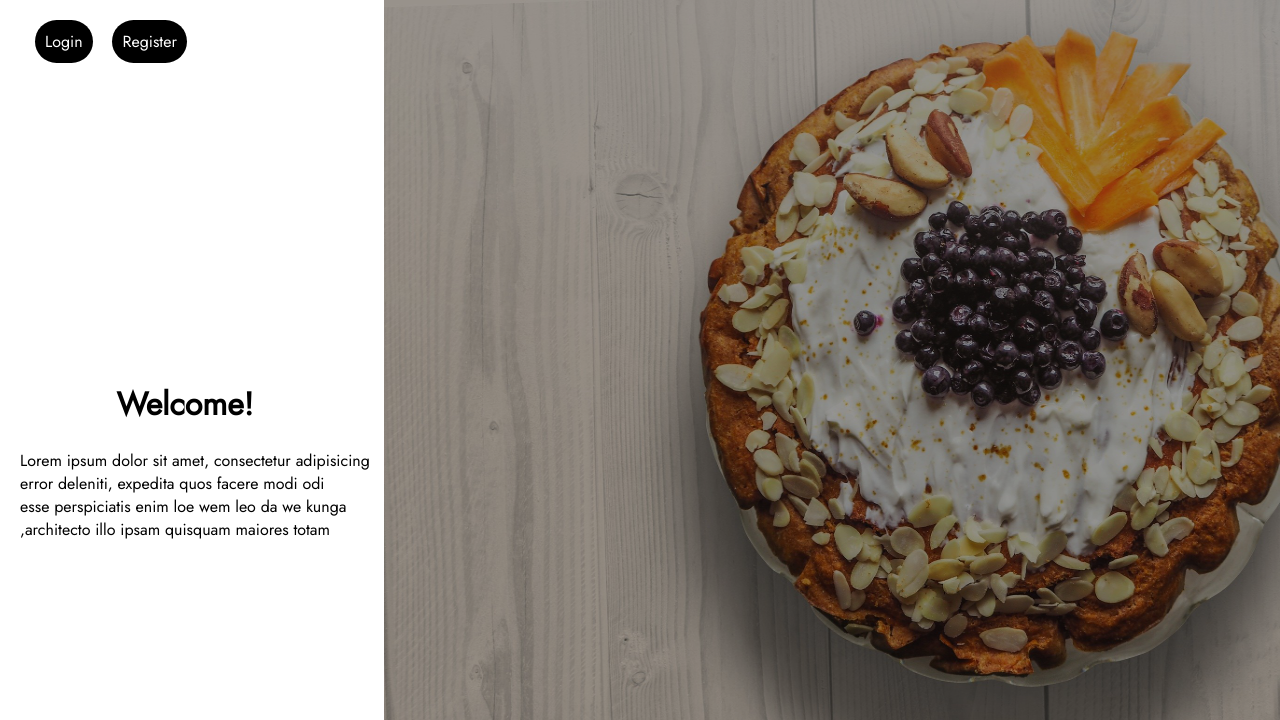
Repository: PatryxB/recipeCook
Page: http://localhost/
An editor plug-in stored every save of this project. The page is shown before and after the next save, followed by the edit.
The browser window is 1280 px wide. The pictures show the whole page.
The page is served by the project's Laravel application, run on PHP 8.4 with Laravel 8. Other server files are loaded and not shown. Style sheets and scripts are compiled from the project's sources, by tool versions that may differ from the author's.

Above is the page before, as saved 2020-05-02 11:30:04.

### resources/views/welcome.blade.php
<!DOCTYPE html>
<html lang="{{ str_replace('_', '-', app()->getLocale()) }}">
    <head>
        <meta charset="utf-8">
        <meta name="viewport" content="width=device-width, initial-scale=1">

        <title>Laravel</title>

        <!-- Fonts -->
        <link href="https://fonts.googleapis.com/css?family=Nunito:200,600" rel="stylesheet">
        <link rel="stylesheet" href="/css/app.css">

    </head>
    <body>
        @extends('layouts.app')
        @section('content')

        <div class="banner">
            <img src="{{asset('/img/cakebanner.jpg')}}" alt="">
            <div class="info">
                <div class="text">
                    <h1 style="text-align: center">Welcome!</h1>
                    <p style="margin-left:20px;">Lorem ipsum dolor sit amet, consectetur adipisicing <br>
                    error deleniti, expedita quos facere modi odi <br>
                    esse perspiciatis enim loe wem leo da we kunga<br>
                    ,architecto illo ipsam quisquam maiores totam </p>
                </div>
            </div>
        </div>

        @endsection
    </body>
</html>

### resources/views/layouts/app.blade.php
<!doctype html>
<html lang="{{ str_replace('_', '-', app()->getLocale()) }}">
<head>
    <meta charset="utf-8">
    <meta name="viewport" content="width=device-width, initial-scale=1">

    <!-- CSRF Token -->
    <meta name="csrf-token" content="{{ csrf_token() }}">

    <title>{{ config('app.name', 'Laravel') }}</title>

    <!-- Scripts -->
    <script src="{{ asset('js/app.js') }}" defer></script>

    <!-- Fonts -->
    <link rel="dns-prefetch" href="//fonts.gstatic.com">
    <link href="https://fonts.googleapis.com/css?family=Nunito" rel="stylesheet">

    <!-- Styles -->
    <link href="{{ asset('css/app.css') }}" rel="stylesheet">
</head>
<body>
    <div id="app">

        <nav>
            @if (Route::has('login'))
                @auth
                    <a href="{{ url('/home') }}">Home</a>
                @else
                    <a href="{{ route('login') }}">Login</a>

                    @if (Route::has('register'))
                        <a href="{{ route('register') }}">Register</a>
                    @endif
                @endauth
            @endif
        </nav>

        <main class="py-4">
            @yield('content')
        </main>
    </>
</body>
</html>

### resources/sass/app.scss
// Fonts
@import url('https://fonts.googleapis.com/css?family=Nunito');

// Variables
@import 'variables';

@import url('https://fonts.googleapis.com/css2?family=Jost&display=swap');

html, body{
    box-sizing: border-box;
    margin: 0;
    padding: 0;
    font-family: 'Jost', sans-serif;
}
nav{
    position: absolute;
    top: 30px;
    left: 20px;
    z-index: 999;
}
nav a{
    text-decoration: none;
    color: white;
    background-color: black;
    padding: 10px;
    margin-left: 15px;
    border-radius: 25px;
}
.banner img{
    position: relative;
    float: right;
    width: 70%;
    height: 100vh;
    background-repeat: no-repeat;
    filter: brightness(60%);
}
.info{
    width: 30%;
    height: 100vh;
}
.info .text{
    position: absolute;
    top: 50%;
}

Loaded but not shown: routes/web.php (common file); app/Http/Controllers/Auth/LoginController.php (common file); app/Http/Controllers/Controller.php (common file); app/Http/Controllers/Auth/ConfirmPasswordController.php (common file); resources/sass/_variables.scss (common file)

After the next save:
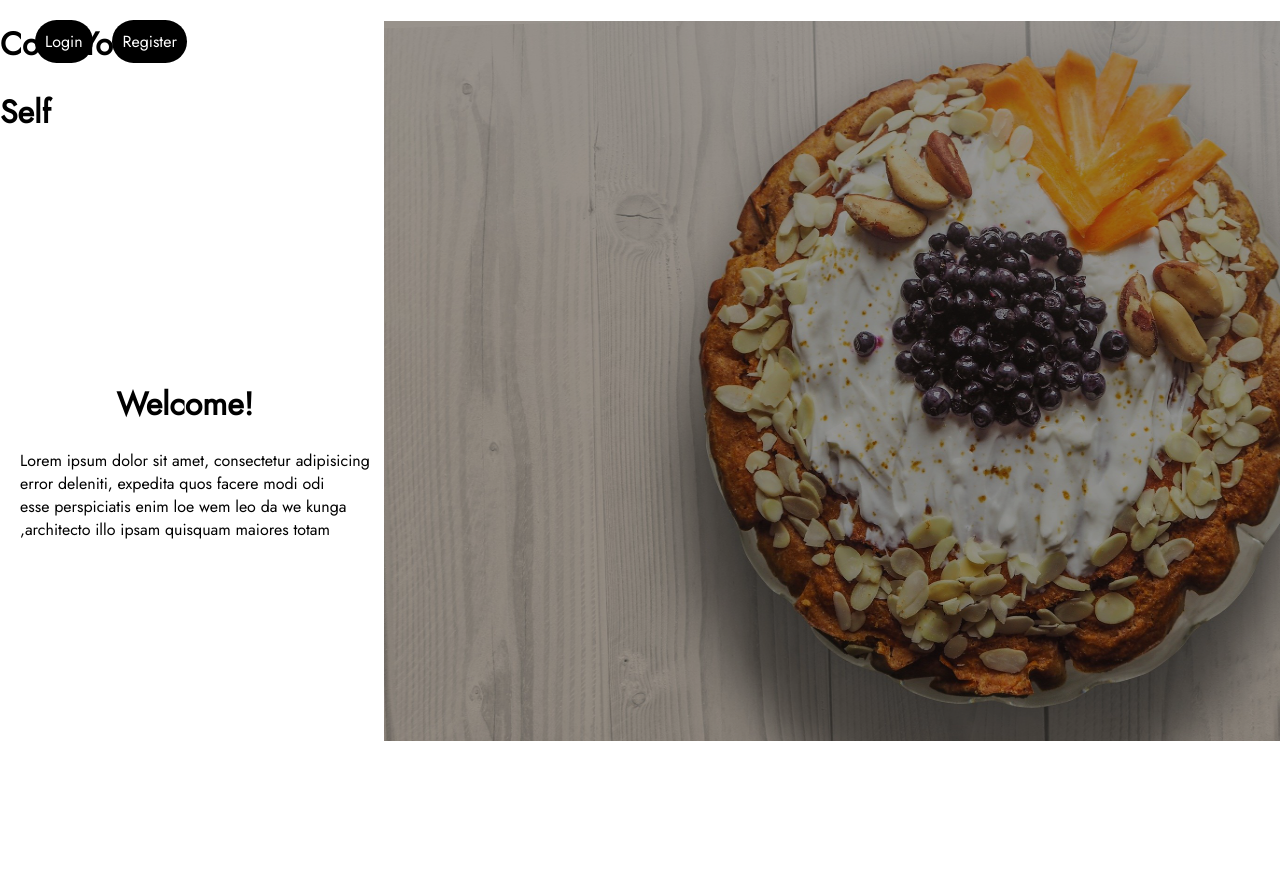
Saved 104 s later.
--- a/resources/views/welcome.blade.php
+++ b/resources/views/welcome.blade.php
@@ -16,7 +16,11 @@
         @section('content')
 
         <div class="banner">
-            <img src="{{asset('/img/cakebanner.jpg')}}" alt="">
+            <div>
+                <img src="{{asset('/img/cakebanner.jpg')}}" alt="">
+                <h1>Cook Your</h1>
+                <h1>Self</h1>
+            </div>
             <div class="info">
                 <div class="text">
                     <h1 style="text-align: center">Welcome!</h1>
